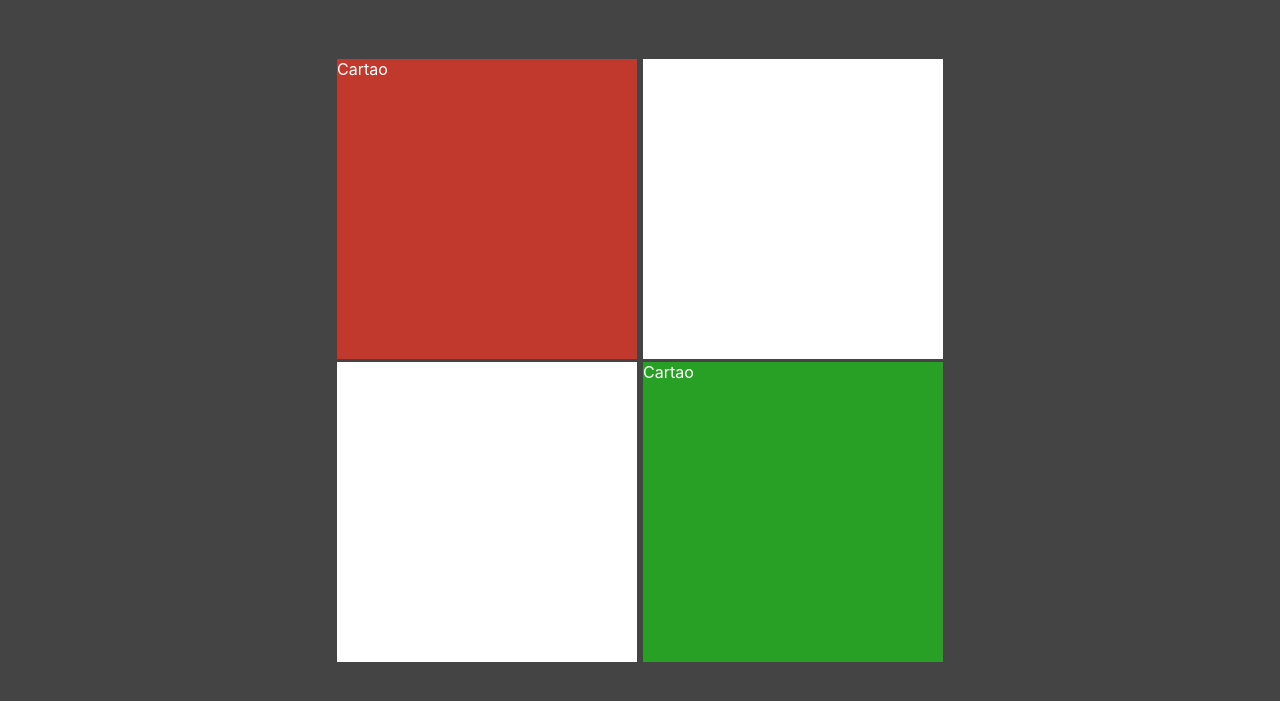
Repository: Mira757/Projeto-Porta-Premiada
Page: /
The author's editor kept a copy of each file at every save. The page is drawn from the files as they stood at one save, then again after the next save.
The browser window is 1280 px wide. The pictures show the whole page.
The project was rebuilt for these pictures with package versions that can differ from the ones it lists, and the page was loaded fresh each time. The framework's server and built-in components were replaced by stand-ins that run in the browser. Also part of the build but not shown: next.config.js.

Above is the page before, as saved 2022-03-22 18:34:32.

After the next save:
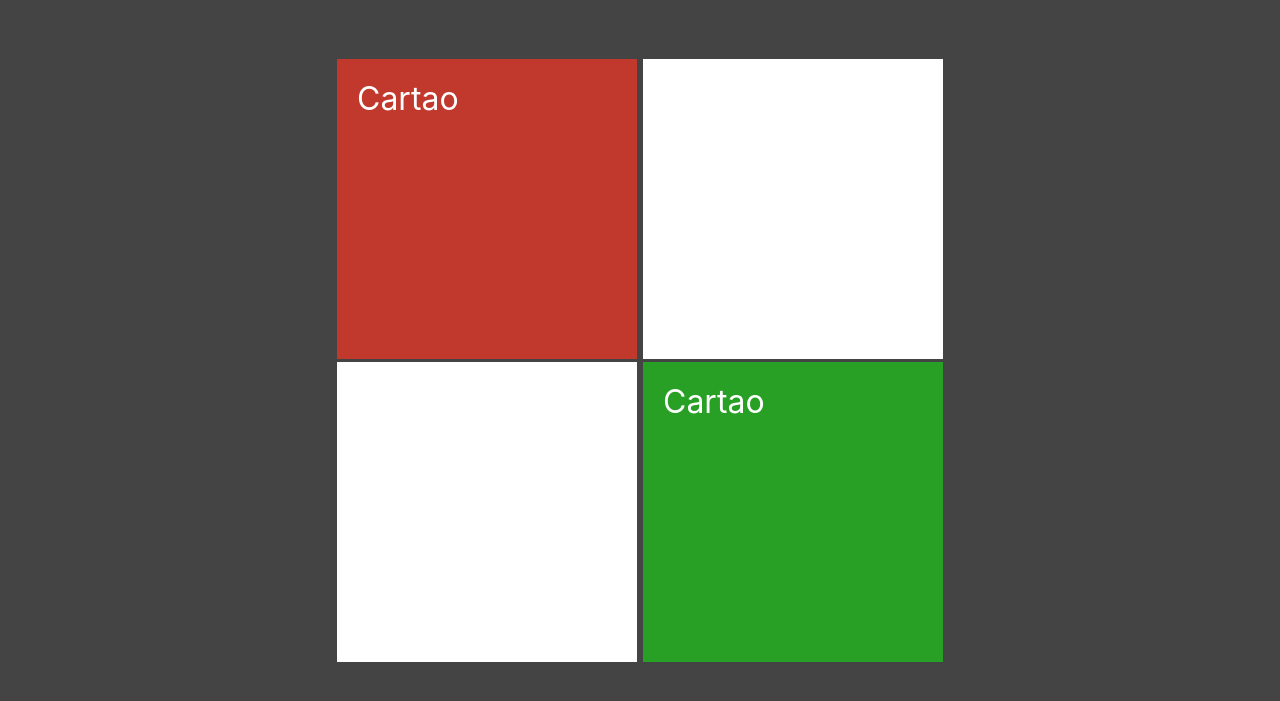
Saved 25 s later.
--- a/styles/Cartao.module.css
+++ b/styles/Cartao.module.css
@@ -3,5 +3,7 @@
   width: 300px;
   height: 300px;
   color: #fff;
+  font-size: 2rem;
+  padding: 20px;
   margin: 3px;
 }
